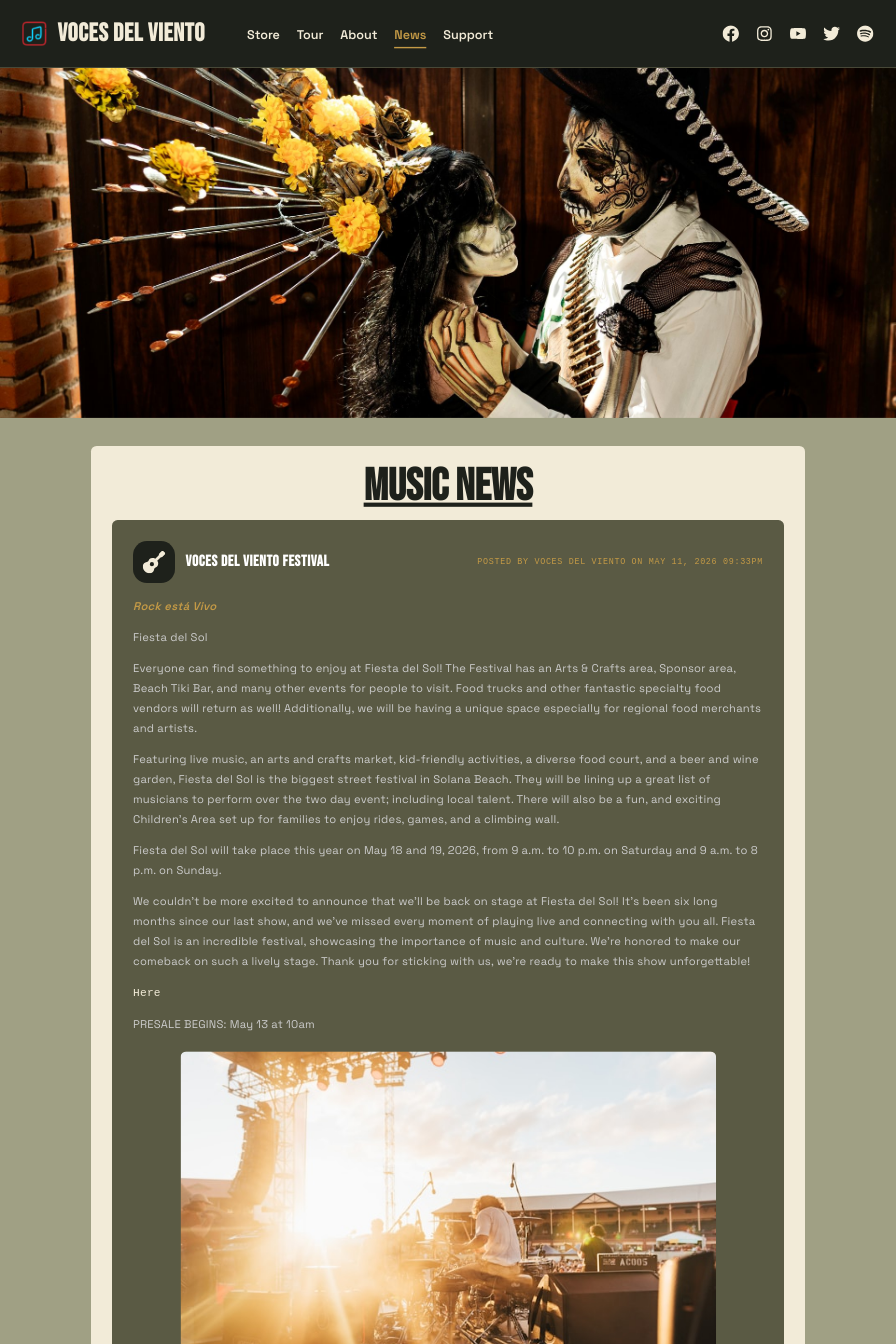
Repository: lime929/voices-del-viento
Page: /news
These files come from the project's save history. The page is drawn as it stood at one moment and after a run of saves; the edit follows.
The browser window is 1280 px wide. The pictures show the part of the page from y = 0 to 1920 px (the page is 5473 px tall before and 5433 px after), at 70% of full size.
The project was rebuilt for these pictures with package versions that can differ from the ones it lists, and the page was loaded fresh each time. The framework's server and built-in components were replaced by stand-ins that run in the browser. Also part of the build but not shown: next.config.mjs.

Above is the page before, as saved 2026-09-26 21:21:03.

After the next 2 saves:
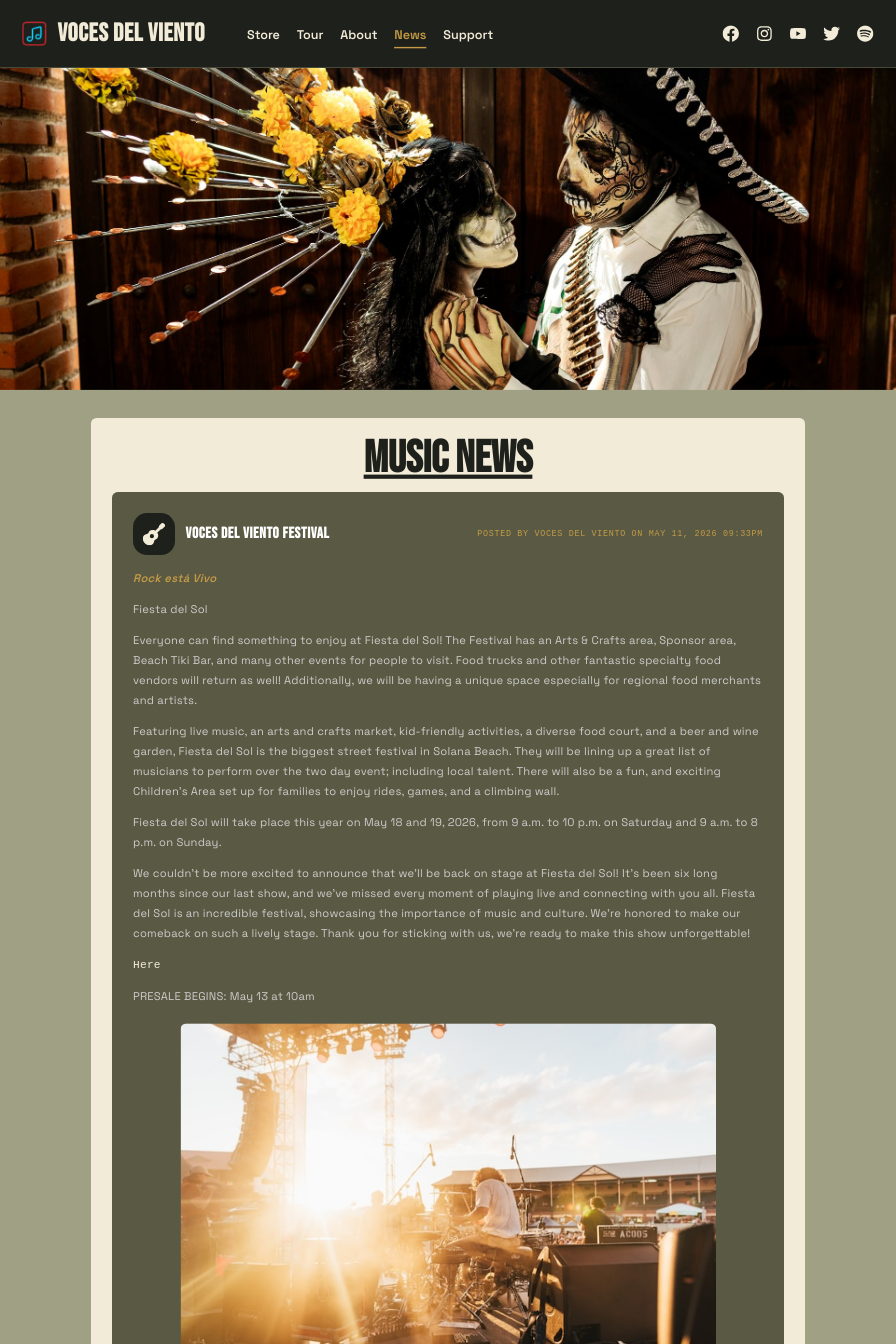
The 2 saves are shown as one change because they came seconds apart.
The last was saved 7 s later.
--- a/app/news/page.module.css
+++ b/app/news/page.module.css
@@ -118,7 +118,7 @@
 .bannerImage {
   display: block;
   width: 100%;
-  height: 500px;
+  height: 460px;
   object-fit: cover;
   object-position: center 30%;
   margin: 0 auto 30px;
